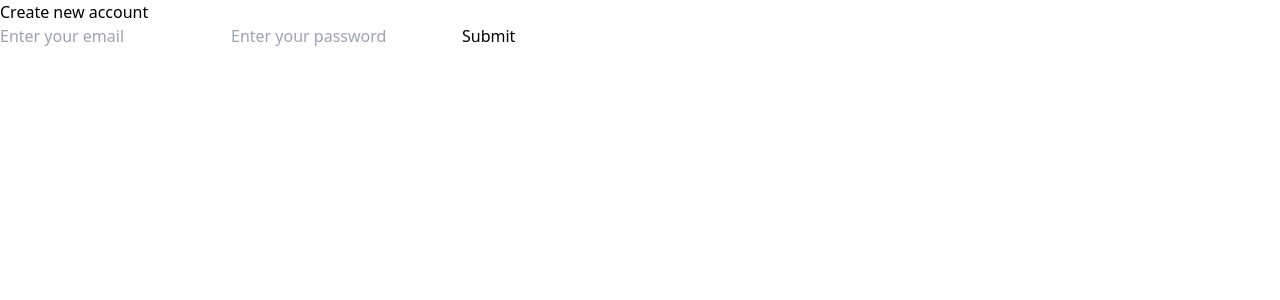
Repository: sevilgenysf/firebase
Page: /sign-up
The author's editor kept a copy of each file at every save. The page is drawn from the files as they stood at one save, then again after the next save.
The browser window is 1280 px wide. The pictures show the whole page.
The project was rebuilt for these pictures with package versions that can differ from the ones it lists, and the page was loaded fresh each time. Also part of the build but not shown: src/pages/Home.js, src/pages/SignIn.js.

Above is the page before, as saved 2023-01-02 15:51:10.

### src/App.js
import { BrowserRouter as Router, Routes, Route } from 'react-router-dom';
import Home from './pages/Home';
import SignIn from './pages/SignIn';
import SignUp from './pages/SignUp';

const App = () => {
	return (
		<Router>
			<Routes>
				<Route path="/" element={<Home />} />
				<Route path="/sign-in" element={<SignIn />} />
				<Route path="/sign-up" element={<SignUp />} />
			</Routes>
		</Router>
	);
};

export default App;

### src/pages/SignUp.js
const SignUp = () => {
	return (
		<div>
			<h1>Create new account</h1>
			<form>
				<input type="email" placeholder="Enter your email" />
				<input type="password" placeholder="Enter your password" />
				<input type="submit" />
			</form>
		</div>
	);
};

export default SignUp;

### tailwind.config.js
/** @type {import('tailwindcss').Config} */
module.exports = {
	content: ['./src/**/*.{js,jsx,ts,tsx}'],
	theme: {
		extend: {}
	},
	plugins: []
};

Loaded but not shown: public/index.html (common file); src/index.js (common file); src/index.css (common file); src/reportWebVitals.js (common file)

After the next save:
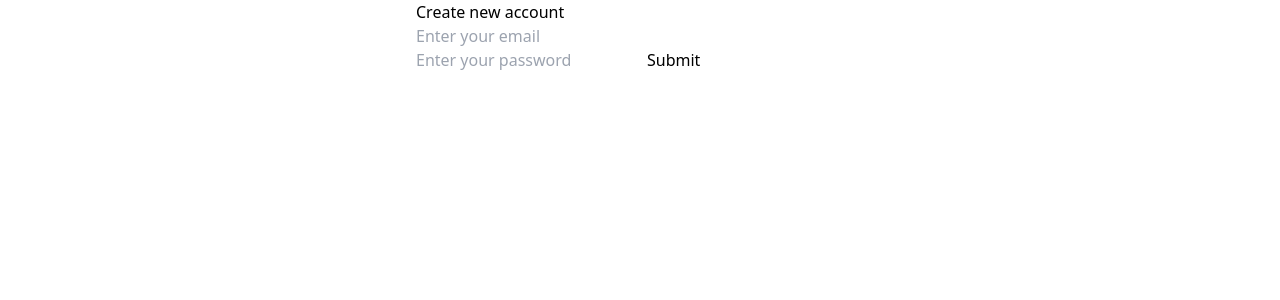
Saved 42 s later.
--- a/src/pages/SignUp.js
+++ b/src/pages/SignUp.js
@@ -1,6 +1,6 @@
 const SignUp = () => {
 	return (
-		<div>
+		<div className="max-w-md mx-auto">
 			<h1>Create new account</h1>
 			<form>
 				<input type="email" placeholder="Enter your email" />
